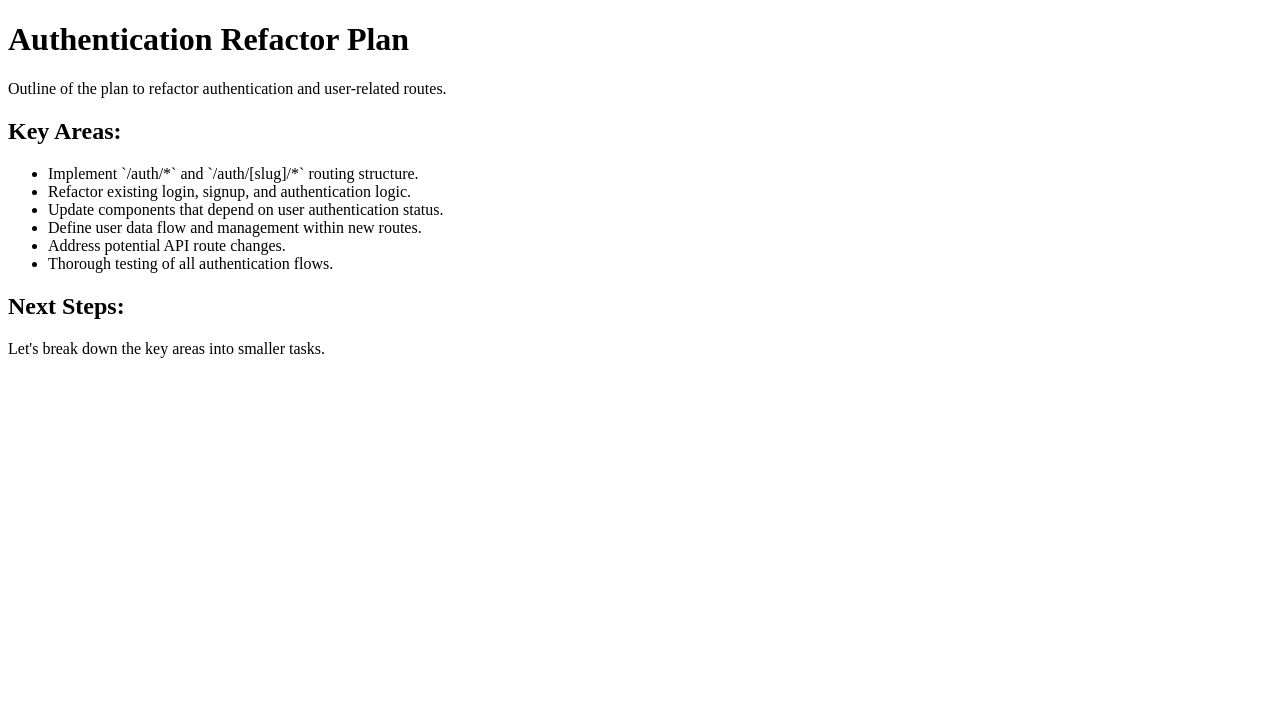
Repository: b0ase/b0ase.com
Page: /authplan
The author's editor kept a copy of each file at every save. The page is drawn from the files as they stood at one save, then again after the next save.
The browser window is 1280 px wide. The pictures show the whole page.
The project was rebuilt for these pictures with package versions that can differ from the ones it lists, and the page was loaded fresh each time. The framework's server and built-in components were replaced by stand-ins that run in the browser. Also part of the build but not shown: next.config.js.

Above is the page before, as saved 2025-05-30 20:04:59.

### app/authplan/page.tsx
export default function AuthPlanPage() {
  return (
    <div className="container mx-auto p-4">
      <h1 className="text-2xl font-bold mb-4">Authentication Refactor Plan</h1>
      <p className="mb-4">Outline of the plan to refactor authentication and user-related routes.</p>

      <h2 className="text-xl font-semibold mb-2">Key Areas:</h2>
      <ul className="list-disc pl-5 mb-4">
        <li>Implement `/auth/*` and `/auth/[slug]/*` routing structure.</li>
        <li>Refactor existing login, signup, and authentication logic.</li>
        <li>Update components that depend on user authentication status.</li>
        <li>Define user data flow and management within new routes.</li>
        <li>Address potential API route changes.</li>
        <li>Thorough testing of all authentication flows.</li>
      </ul>

      <h2 className="text-xl font-semibold mb-2">Next Steps:</h2>
      <p>Let's break down the key areas into smaller tasks.</p>
      {/* Add more detailed steps here */}
    </div>
  );
}

After the next save:
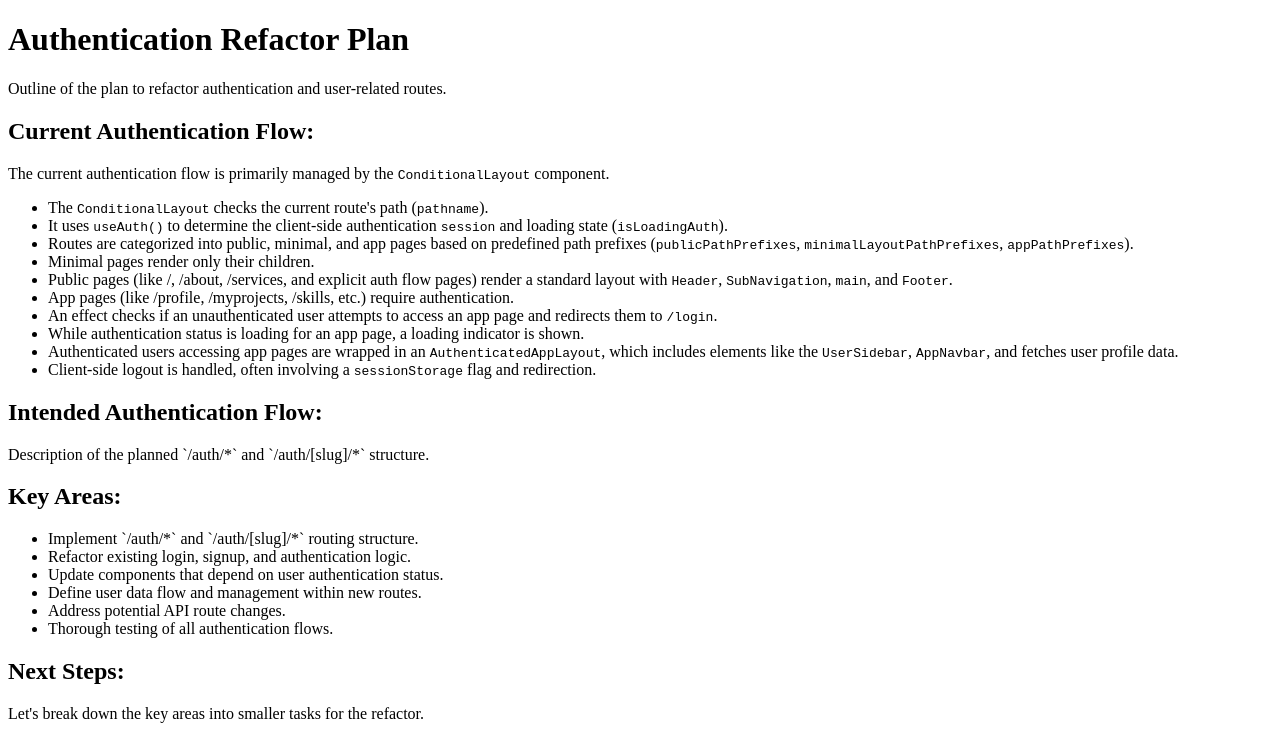
Saved 19 min 21 s later.
--- a/app/authplan/page.tsx
+++ b/app/authplan/page.tsx
@@ -3,6 +3,27 @@ export default function AuthPlanPage() {
     <div className="container mx-auto p-4">
       <h1 className="text-2xl font-bold mb-4">Authentication Refactor Plan</h1>
       <p className="mb-4">Outline of the plan to refactor authentication and user-related routes.</p>
+
+      <h2 className="text-xl font-semibold mb-2">Current Authentication Flow:</h2>
+      <div className="bg-gray-100 dark:bg-gray-800 p-4 rounded mb-4">
+        <p className="mb-2">The current authentication flow is primarily managed by the <code>ConditionalLayout</code> component.</p>
+        <ul className="list-disc pl-5 text-sm">
+          <li>The <code>ConditionalLayout</code> checks the current route's path (<code>pathname</code>).</li>
+          <li>It uses <code>useAuth()</code> to determine the client-side authentication <code>session</code> and loading state (<code>isLoadingAuth</code>).</li>
+          <li>Routes are categorized into public, minimal, and app pages based on predefined path prefixes (<code>publicPathPrefixes</code>, <code>minimalLayoutPathPrefixes</code>, <code>appPathPrefixes</code>).</li>
+          <li>Minimal pages render only their children.</li>
+          <li>Public pages (like /, /about, /services, and explicit auth flow pages) render a standard layout with <code>Header</code>, <code>SubNavigation</code>, <code>main</code>, and <code>Footer</code>.</li>
+          <li>App pages (like /profile, /myprojects, /skills, etc.) require authentication.</li>
+          <li>An effect checks if an unauthenticated user attempts to access an app page and redirects them to <code>/login</code>.</li>
+          <li>While authentication status is loading for an app page, a loading indicator is shown.</li>
+          <li>Authenticated users accessing app pages are wrapped in an <code>AuthenticatedAppLayout</code>, which includes elements like the <code>UserSidebar</code>, <code>AppNavbar</code>, and fetches user profile data.</li>
+          <li>Client-side logout is handled, often involving a <code>sessionStorage</code> flag and redirection.</li>
+        </ul>
+      </div>
+
+      <h2 className="text-xl font-semibold mb-2">Intended Authentication Flow:</h2>
+      <p className="mb-4">Description of the planned `/auth/*` and `/auth/[slug]/*` structure.</p>
+      {/* Add detailed description of intended flow here */}
 
       <h2 className="text-xl font-semibold mb-2">Key Areas:</h2>
       <ul className="list-disc pl-5 mb-4">
@@ -15,7 +36,7 @@ export default function AuthPlanPage() {
       </ul>
 
       <h2 className="text-xl font-semibold mb-2">Next Steps:</h2>
-      <p>Let's break down the key areas into smaller tasks.</p>
+      <p>Let's break down the key areas into smaller tasks for the refactor.</p>
       {/* Add more detailed steps here */}
     </div>
   );
